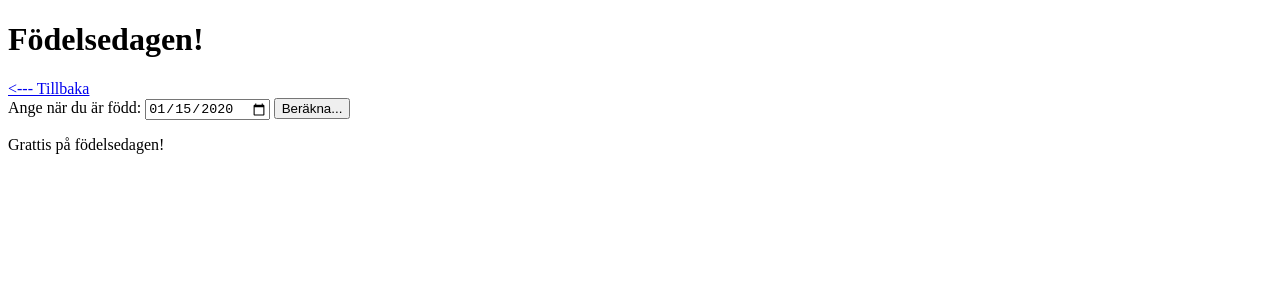
Repository: mw222rs/1dv403-laborationer
Page: 1-vandalen/birthday/index.html
The author's editor kept a record of every edit. The page is drawn from the files as they stood at one moment, then again after the next edit.
The browser window is 1280 px wide. The pictures show the whole page.
Empty fields were first filled with sample values (such as "Sample", 5 or name@example.com).
After loading, the first visible `#send` was clicked once.

Above is the page before.

### 1-vandalen/birthday/index.html
<!DOCTYPE html>
<html lang="sv">
<head>
	<meta charset="UTF-8" />
 	<title>JavaScript - Födelsedagen</title>
 	<style>
 		.error {
 			background-color: #F7A1A1;
 		}
 	</style>
</head>
    <body>
        <h1>Födelsedagen!</h1>
        <a href="../index.html">&lt;--- Tillbaka</a>
 		<form>
 			Ange när du är född:
 			<input type="date" id="string" /> <input id="send" type="submit" value="Beräkna..." />
 			<p id="value"></p>
		</form>

    	  <script src="script.js"></script>

    </body>
</html>

### 1-vandalen/birthday/script.js
"use strict";

window.onload = function(){


	var birthday = function(date){

		console.log("Indata: " + date);

		var userBday = new Date(date);
		var now = new Date();

		var thisYearUserBday = new Date(now.getFullYear(), userBday.getMonth(), userBday.getDate());
		var nextYearUserBday = new Date((now.getFullYear() + 1), userBday.getMonth(), userBday.getDate());


		console.log("UserBday-objekt: " + userBday);
		console.log("Nu: " + now);
		console.log("Bday: " + thisYearUserBday);
		console.log("Nästa år: " + nextYearUserBday);

		var timeLeftToBday = new Date();

		var diff = timeLeftToBday.getTime() - now.getTime();

		var days = Math.ceil(diff / (1000*60*60*24));


		return days;



	};
	// ------------------------------------------------------------------------------


	// Kod för att hantera utskrift och inmatning. Denna ska du inte behöva förändra
	var p = document.querySelector("#value"); // Referens till DOM-noden med id="#value"
	var input = document.querySelector("#string");
	var submit = document.querySelector("#send");

	// Vi kopplar en eventhanterare till formulärets skickaknapp som kör en anonym funktion.
	submit.addEventListener("click", function(e){
		e.preventDefault(); // Hindra formuläret från att skickas till servern. Vi hanterar allt på klienten.

		p.classList.remove( "error");

		try {
			var answer = birthday(input.value) // Läser in texten från textrutan och skickar till funktionen "convertString"
			var message;
			switch (answer){
				case 0: message = "Grattis på födelsedagen!";
					break;
				case 1: message = "Du fyller år imorgon!";
					break;
				default: message = "Du fyller år om " + answer + " dagar";
					break;
			}

			p.innerHTML = message;
		} catch (error){
			p.classList.add( "error"); // Växla CSS-klass, IE10+
			p.innerHTML = error.message;
		}

	});



};

After the next edit:
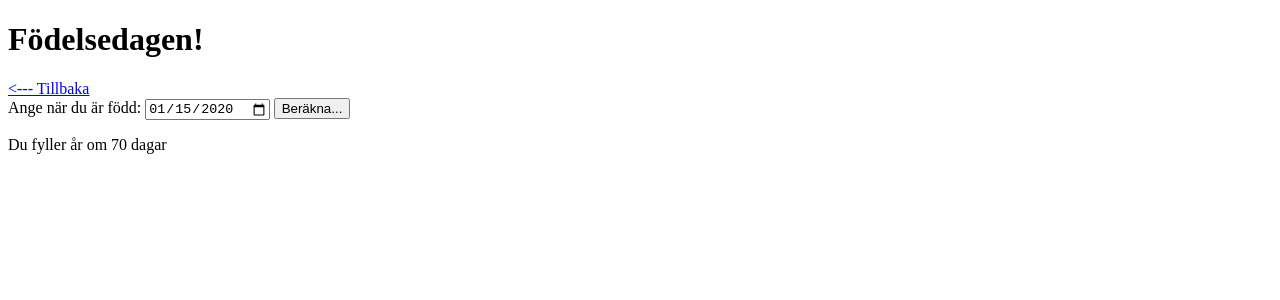
The edit:
--- a/1-vandalen/birthday/script.js
+++ b/1-vandalen/birthday/script.js
@@ -19,9 +19,7 @@
 		console.log("Bday: " + thisYearUserBday);
 		console.log("Nästa år: " + nextYearUserBday);
 
-		var timeLeftToBday = new Date();
-
-		var diff = timeLeftToBday.getTime() - now.getTime();
+		var diff = ((thisYearUserBday.getTime() < now.getTime()) ? nextYearUserBday.getTime() : thisYearUserBday.getTime()) - now.getTime();
 
 		var days = Math.ceil(diff / (1000*60*60*24));
 
